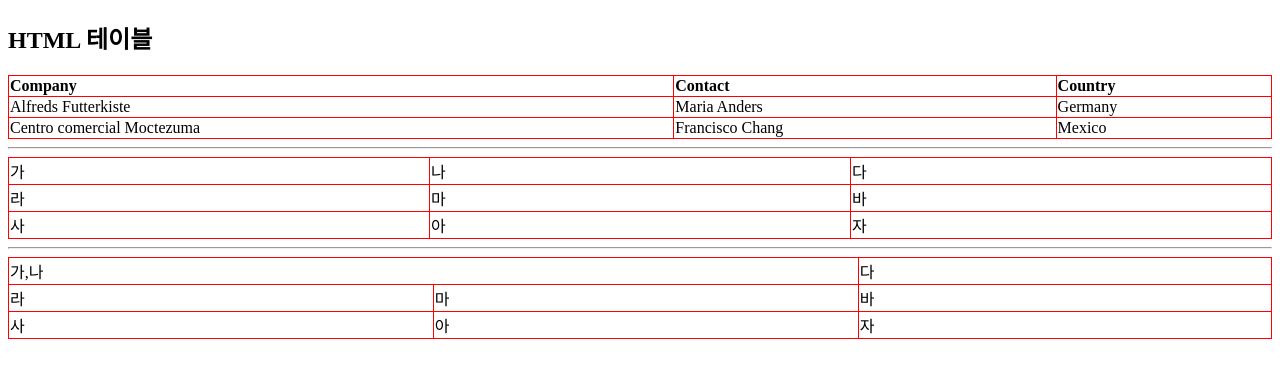
Repository: start-ha/MSA_EDU
Page: WEB/WebFront/WebLabs/Web/src/main/webapp/Ex06_Table.html
These files come from the project's save history. The page is drawn as it stood at one moment and after the next save; the edit follows.
The browser window is 1280 px wide. The pictures show the whole page.

Above is the page before, as saved 2025-09-16 06:58:35.

After the next save:
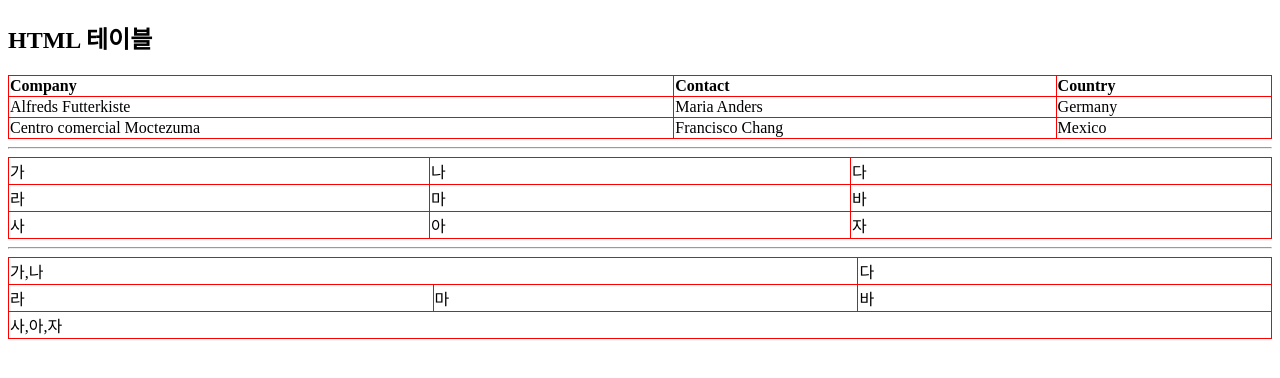
Saved 39 s later.
--- a/WEB/WebFront/WebLabs/Web/src/main/webapp/Ex06_Table.html
+++ b/WEB/WebFront/WebLabs/Web/src/main/webapp/Ex06_Table.html
@@ -41,7 +41,7 @@
 <table>
 	<tr><td colspan="2">가,나</td><td>다</td></tr>
 	<tr><td>라</td><td>마</td><td>바</td></tr>
-	<tr><td>사</td><td>아</td><td>자</td></tr>
+	<tr><td colspan="3">사,아,자</td></tr>
 </table>
 
 </body>
